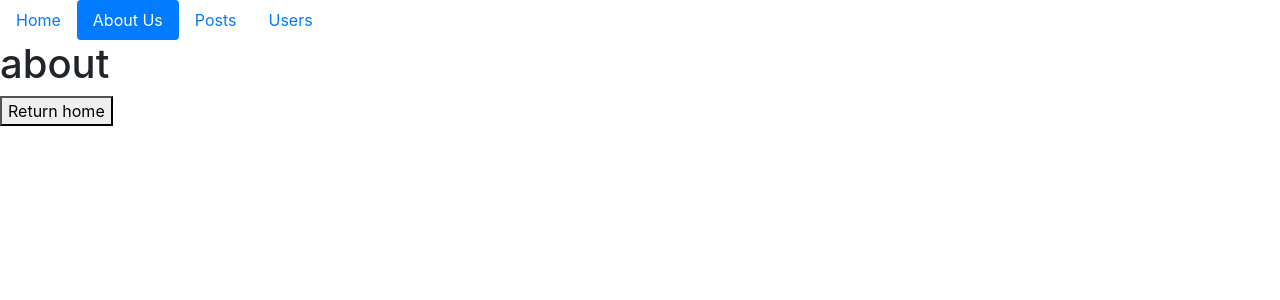
Repository: toufik17/vuejs
Page: /about
These files come from the project's save history. The page is drawn as it stood at one moment and after the next save; the edit follows.
The browser window is 1280 px wide. The pictures show the whole page.
The project was rebuilt for these pictures with package versions that can differ from the ones it lists, and the page was loaded fresh each time.

Above is the page before, as saved 2019-03-06 12:25:25.

### public/index.html
<!DOCTYPE html>
<html lang="en">
  <head>
    <meta charset="utf-8">
    <meta http-equiv="X-UA-Compatible" content="IE=edge">
    <meta name="viewport" content="width=device-width,initial-scale=1.0">
    <link rel="icon" href="<%= BASE_URL %>favicon.ico">
    <link rel="stylesheet" href="https://stackpath.bootstrapcdn.com/bootstrap/4.1.2/css/bootstrap.min.css" integrity="sha384-Smlep5jCw/wG7hdkwQ/Z5nLIefveQRIY9nfy6xoR1uRYBtpZgI6339F5dgvm/e9B" crossorigin="anonymous">
    <title>demo</title>
  </head>
  <body>
    <noscript>
      <strong>We're sorry but demo doesn't work properly without JavaScript enabled. Please enable it to continue.</strong>
    </noscript>
    <div id="app"></div>
    <!-- built files will be auto injected -->
  </body>
</html>

### src/main.js
import Vue from 'vue'
import App from './App.vue'
import VueRouter from 'vue-router'

import routes from './routes'

Vue.use(VueRouter);
const router = new VueRouter({
  mode: "history",
  routes : routes
})

router.beforeEach();

Vue.config.productionTip = false

new Vue({
  render: h => h(App),
  router
}).$mount('#app')

### src/App.vue
<template>
  <div id="app">
    <NavBar />
    <router-view></router-view>
  </div>
</template>

<script>

import NavBar from "./components/NavBar"
export default {
  name: 'app',
  components: {
    NavBar
  }
}
</script>

<style>

</style>

### src/routes.js
import Home from './components/Home'
import About from './components/About'
import Post from './components/Post'
import Posts from './components/Posts'
import Users from './components/Users'
import UsersHome from './components/users/UsersHome'
import UsersViewHome from './components/users/UsersViewHome'
import NotFount from './components/NotFount'

const routes = [
    {path: "/", component: Home, name: "home"},
    {path: "/about", component: About, beforeEnter:(to, from, next)=>{
            next();
        }
    },
    {path: "/posts", component: Posts},
    {path: "/posts/:id", component: Post, props: true, name: "signle-post"},
    {path: "/users", component: Users, children: [
        {path: "", component: UsersHome},
        {path: ":id", component: UsersViewHome, props: true},
    ]},
    {path: "*", component: NotFount},
];

export default routes;

### src/components/NavBar.vue
<template>
    <ul class="nav nav-pills">
      <li class="nav-item">
        <router-link :to="{name: 'home'}" class="nav-link" active-class="active" exact href="#">
          Home
        </router-link>
      </li>
      <li class="nav-item">
        <router-link to="/about" class="nav-link" active-class="active" href="#">
          About Us
        </router-link>
      </li>
      <li class="nav-item">
        <router-link to="/posts" class="nav-link" active-class="active" href="#">
          Posts
        </router-link>
      </li>
      <li class="nav-item">
        <router-link to="/users" class="nav-link" active-class="active" href="#">
          Users
        </router-link>
      </li>
    </ul>
</template>

### src/components/About.vue
<template>
    <div>
        <h1>about</h1>
        <button @click="home"> Return home</button>
    </div>
</template>

<script>
export default {
    methods:{
        home: function(){
            const self = this;
            setTimeout(function(){
                self.$router.push("/");
            }, 1000);
        }
    },
    beforeRouteEnter(to, from, next){
        console.log('beforeRouteEnter inside')
        next();
    }
}
</script>

### src/components/Home.vue
<template>
    <h1>home</h1>
</template>

### src/components/Post.vue
<template>
    <div>
        Post - {{id}}

        <br>
        Query params :<br>
        {{$route.query}}
    </div>
</template>

<script>
export default {
    props: ["id"]
}
</script>

### src/components/Posts.vue
<template>
    <div>
        <h1>Posts</h1>
        <ul>
            <li><router-link to="/posts/1">Post 1</router-link></li>
            <li>
                <router-link :to="{name: 'signle-post', params: {id :2}, query:{q: 2} }">
                    Post 2
                </router-link>
            </li>
            <li><router-link to="/posts/3">Post 3</router-link></li>
        </ul>
    </div>
</template>

### src/components/Users.vue
<template>
    <div>
        <h1>Users</h1>
        <ul>
            <li><router-link to="/users/1">Users 1</router-link></li>
            <li><router-link to="/users/2">Users 2</router-link></li>
        </ul>
        <router-view></router-view>
    </div>
</template>

### src/components/users/UsersHome.vue
<template>
    <div>
        <h2>Users Home:</h2>
        <br />
        Press on user name to view.
    </div>
</template>

### src/components/users/UsersViewHome.vue
<template>
    <div>
        <h2>Users View:</h2>
        <br />
        User {{id}}
    </div>
</template>

<script>
export default {
    props: ["id"]
}
</script>

### src/components/NotFount.vue
<template>
    <h1>NotFount</h1>
</template>

After the next save:
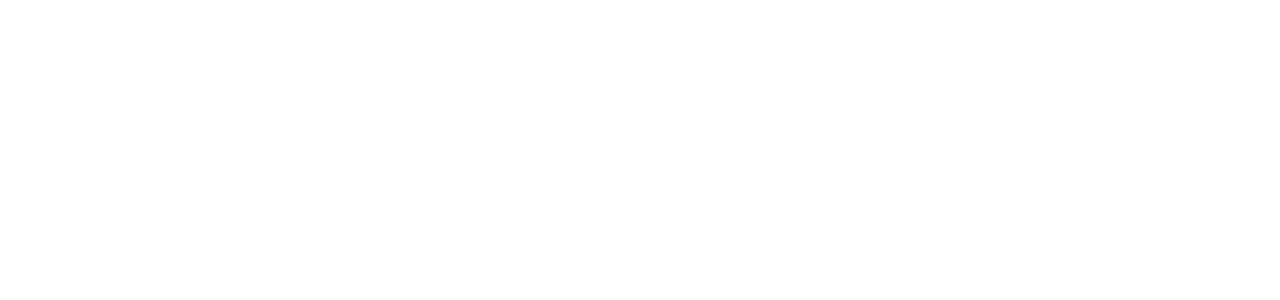
Console error: ReferenceError: to is not defined
Saved 4 s later.
--- a/src/main.js
+++ b/src/main.js
@@ -10,7 +10,7 @@
   routes : routes
 })
 
-router.beforeEach();
+router.beforeEach(to, );
 
 Vue.config.productionTip = false
 

After the 5 saves that followed:
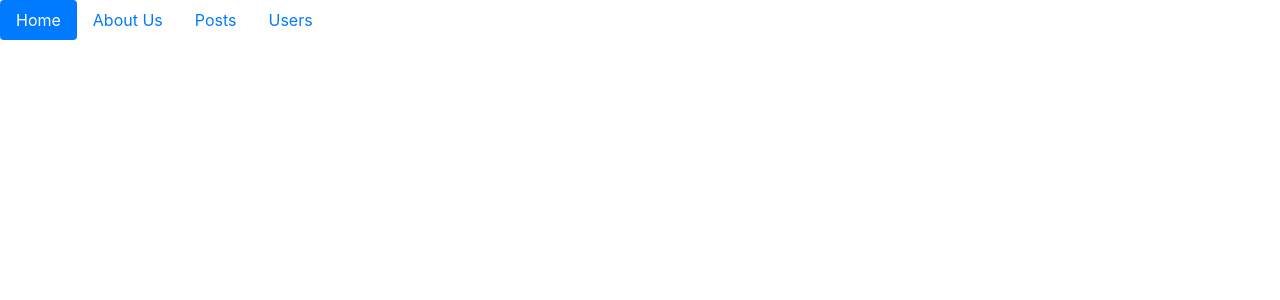
The error is gone.
The 5 saves are shown as one change because 1 did not build or start and 1 left the picture as it was and some came seconds apart.
The last was saved 20 s later.
--- a/src/main.js
+++ b/src/main.js
@@ -10,7 +10,9 @@
   routes : routes
 })
 
-router.beforeEach(to, );
+router.beforeEach((to, from, next) => {
+
+});
 
 Vue.config.productionTip = false
 
